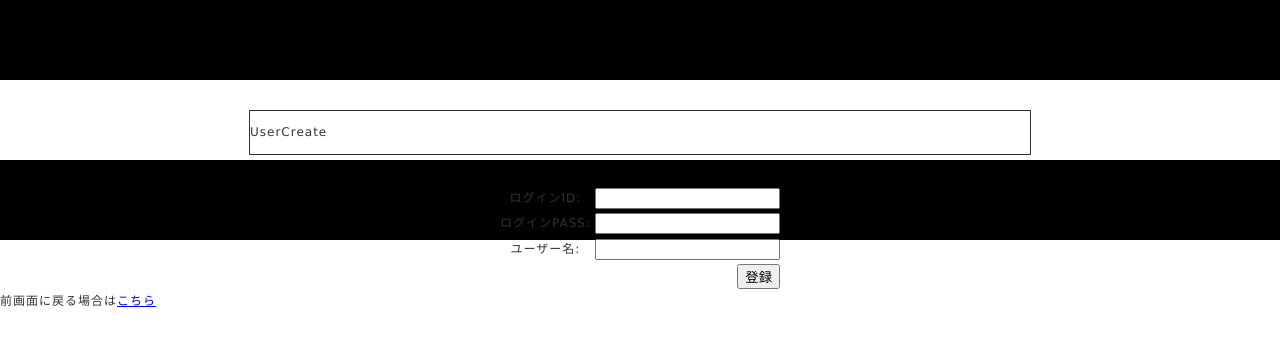
Repository: Sato718/backup
Page: http://localhost/template2/userCreate.jsp
An editor plug-in stored every save of this project. The page is shown before and after the next save, followed by the edit.
The browser window is 1280 px wide. The pictures show the whole page.
The page is served by Tomcat 9. Other server files are loaded and not shown.

Above is the page before, as saved 2017-12-21 02:32:05.

### template2/WebContent/userCreate.jsp
<%@ page language="java" contentType="text/html; charset=UTF-8"
	pageEncoding="UTF-8"%>
<%@ taglib prefix="s" uri="/struts-tags" %>

<!DOCTYPE html>
<html>
<head>
	<meta http-equiv="Content-Type" content="text/html; charset=utf-8" />
	<meta http-equiv="Content-Style-Type" content="text/css" />
	<meta http-equiv="Content-Script-Type" content="text/javascript" />
	<meta http-equiv="imagetoolbar" content="no" />
	<meta name="description" content="" />
	<meta name="keywords" content="" />
	<meta charset="utf-8">
	<title>UserCreate画面</title>
	<style type="text/css">
		/* ========TAG LAYOUT======== */
		body {
			margin:0;
			padding:0;
			line-height:1.6;
			letter-spacing:1px;
			font-family:Verdana,Helvetica,sans-serif;
			font-size:12px;
			color:#333;
			background:#fff;
		}

		table {
			text-align:center;
			margin:0 auto;
		}

		/* ========ID LAYOUT======== */
		#top {
			width:780px;
			margin:30px auto;
			border:1px solid #333;
		}

		#header {
			width: 100%;
			height: 80px;
			background-color: black;
		}

		#main {
			width: 100%;
			height: 50px;
			text-alogn:center;
		}

		#footer {
			width: 100%;
			height: 80px;
			background-color: black;
			clear:both;
		}
	</style>
</head>
<body>
	<div id="header">
		<div id="pr">
		</div>
	</div>
	<div id="main">
		<div id="top">
			<p>UserCreate</p>
		</div>
		<div>
			<s:if test="errorMessage != ''">
				<s:property value="errorMessage" escape="false" />
			</s:if>
			<table>
			<s:form action="UserCreateConfirmAction">
				<tr>
					<td>
						<label>ログインID:</label>
					</td>
					<td>
						<input type="text" name="loginUserId" value="" />
					</td>
				</tr>
				<tr>
					<td>
						<label>ログインPASS:</label>
					</td>
					<td>
						<input type="text" name="loginPassword" value="" />
					</td>
				</tr>
				<tr>
					<td>
						<label>ユーザー名:</label>
					</td>
					<td>
						<input type="text" name="userName" value="" />
					</td>
				</tr>
				<s:submit value="登録"/>
			</s:form>
			</table>
			<div>
				<span>前画面に戻る場合は</span><a href='<s:url action="HomeAction" />'>こちら</a>
			</div>
		</div>
	</div>
		<div id="footer">
		<div id="pr">
		</div>
	</div>
</body>
</html>

After the next save:
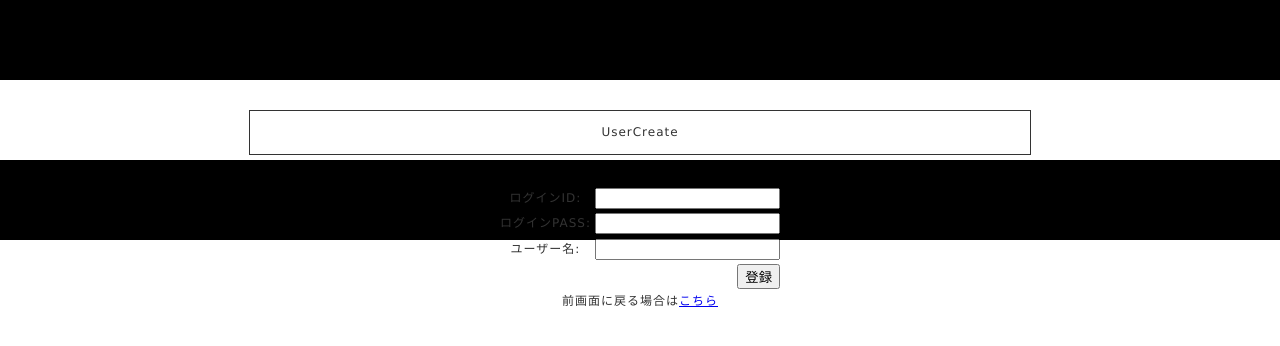
Saved 2 min 48 s later.
--- a/template2/WebContent/userCreate.jsp
+++ b/template2/WebContent/userCreate.jsp
@@ -47,7 +47,7 @@
 		#main {
 			width: 100%;
 			height: 50px;
-			text-alogn:center;
+			text-align:center;
 		}
 
 		#footer {
